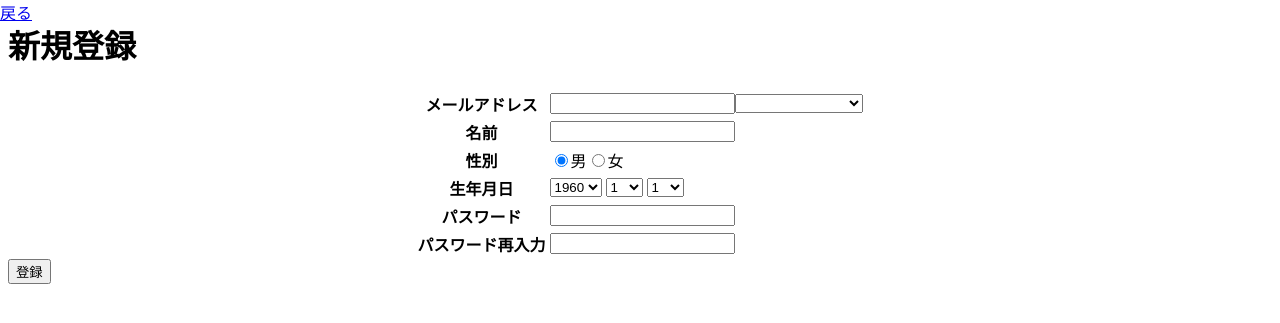
Repository: kawaguchi-mizuki/ntmc
Page: http://localhost/movie/adduser
These files come from the project's save history. The page is drawn as it stood at one moment and after the next save; the edit follows.
The browser window is 1280 px wide. The pictures show the whole page.
The page is served by Tomcat 9. Other server files are loaded and not shown.

Above is the page before, as saved 2019-06-14 06:46:08.

### 開発/movie/movie/WebContent/WEB-INF/jsp/add_user.jsp
<%@ page language="java" contentType="text/html; charset=UTF-8"
	pageEncoding="UTF-8"%>
<!DOCTYPE html>
<html>
<head>
<meta charset="UTF-8">
<link href="css/userResist.css" rel="stylesheet" type="text/css">
<title>会員登録</title>
</head>
<body>
	<h1>新規登録</h1>
	<a href="login" class="btn-square-slant"
		style="position: absolute; left: 0px; top: 0px">戻る</a>
	<form action="user" method="POST">
		<table align="center">
			<tr>
				<th>メールアドレス</th>
				<td><input type="text" name="mail"><select name="addr" id= "addr"></select></td>
			</tr>
			<tr>
				<th>名前</th>
				<td><input type="text" name="name"></td>
			</tr>
			<tr>
				<th>性別</th>
				<td><input type="radio" name="sex" value="男" checked="checked">男<input type="radio"
					name="sex" value="女">女</td>
			</tr>
			<tr>
				<th>生年月日</th>
				<td><select name="year" id="year"> //1960 2019
				</select> <select name="month" id="month">
				</select> <select name="day" id="day">
				</select></td>
			</tr>
			<tr>
				<th>パスワード</th>
				<td><input type="password" name="password"></td>
			</tr>
			<tr>
				<th>パスワード再入力</th>
				<td><input type="password" name="r-password"></td>
			</tr>
		</table>
		<%
			String errflg = request.getParameter("errflg");
		%>
		<%
			if (errflg != null && errflg.equals("1")) {
		%>
		<p>空白があります！</p>
		<%
			} else if (errflg != null && errflg.equals("2")) {
		%>
		<p>パスワードは同じ文字をいれてください！</p>
		<%
			}
		%>
		<input type="submit" value="登録">

	</form>
</body>

<script>
	//optionタグ量産
	const year = document.getElementById('year')
	const month = document.getElementById('month')
	const day = document.getElementById('day')
	for (let i = 1960; i <= 2019; i++) {
		const optionTag = document.createElement("option")
		year.appendChild(optionTag)
		dispatchOption(optionTag, i)
	}
	for (let i = 1; i <= 12; i++) {
		const optionTag = document.createElement("option")
		month.appendChild(optionTag)
		dispatchOption(optionTag, i)
	}
	for (let i = 1; i < 31; i++) {
		const optionTag = document.createElement("option")
		day.appendChild(optionTag)
		dispatchOption(optionTag, i)
	}
	//optionタグにvalueと表示文字を付与
	function dispatchOption(option, value) {
		option.textContent = value
		option.value = value
	}

const addr=document.getElementById('addr')

	var mail = ["","@st.asojuku.ac.jp","@gmail.com","@ezweb.ne.jp","@docomo.ne.jp","softbank.jp"];

	for(let i=0;i<mail.length;i++){
		const optionTag=document.createElement("option")
		addr.appendChild(optionTag)
		dispatchOption(optionTag,mail[i])
	}




</script>


</body>
</html>

### 開発/movie/movie/src/movie/controller/AddUserStart.java
package movie.controller;

import java.io.IOException;

import javax.servlet.RequestDispatcher;
import javax.servlet.ServletException;
import javax.servlet.annotation.WebServlet;
import javax.servlet.http.HttpServlet;
import javax.servlet.http.HttpServletRequest;
import javax.servlet.http.HttpServletResponse;
@WebServlet("/adduser")
public class AddUserStart extends HttpServlet {

	@Override
	protected void doGet(HttpServletRequest request, HttpServletResponse respons) throws ServletException, IOException {
		// TODO 自動生成されたメソッド・スタブ
		RequestDispatcher dispatcher = request.getRequestDispatcher("WEB-INF/jsp/add_user.jsp");
		dispatcher.forward(request, respons);

	}


}

### 開発/movie/movie/WebContent/css/userResist.css
body{
	background-color:red;
}

h1{
	text-align: center;
}
td{
	margin-bottom:10px;
}
table{
	font-size:25px;
}

/*ログインボタン*/
.btn-square {
  display: inline-block;
  padding: 0.5em 1em;
  text-decoration: none;
  background: #668ad8;/*ボタン色*/
  color: #FFF;
  border-bottom: solid 4px #627295;
  border-radius: 3px;
}
.btn-square:active {
  /*ボタンを押したとき*/
  -webkit-transform: translateY(4px);
  transform: translateY(4px);/*下に動く*/
  border-bottom: none;/*線を消す*/
}

/*新規登録ボタン*/
.btn-square-slant {
  display: inline-block;
  position: relative;
  padding: 0.5em 1.4em;
  text-decoration: none;
  background: #668ad8;/*ボタン色*/
  color: #FFF;
  border-bottom: solid 5px #36528c;/*ボタン色より暗めに*/
  border-right: solid 5px #5375bd;/*ボタン色より暗めに*/
}

.btn-square-slant:before {
  content: " ";
  position: absolute;
  bottom: -5px;
  left: -1px;
  width: 0;
  height: 0;
  border-width: 0 6px 6px 0px;
  border-style: solid;
  border-color: transparent;
  border-bottom-color: #FFF;
}
.btn-square-slant:after {
  content: " ";
  position: absolute;
  top: -1px;
  right: -5px;
  width: 0;
  height: 0;
  border-width: 0px 6px 6px 0px;
  border-style: solid;
  border-color: #FFF;
  border-bottom-color: transparent;
}

.btn-square-slant:active {
  /*ボタンを押したとき*/
  border:none;
  -webkit-transform: translate(6px,6px);
  transform: translate(6px,6px);
}

.btn-square-slant:active:after, .btn-square-slant:active:before {
  content: none;/*ボタンを押すと線が消える*/
}

After the next save:
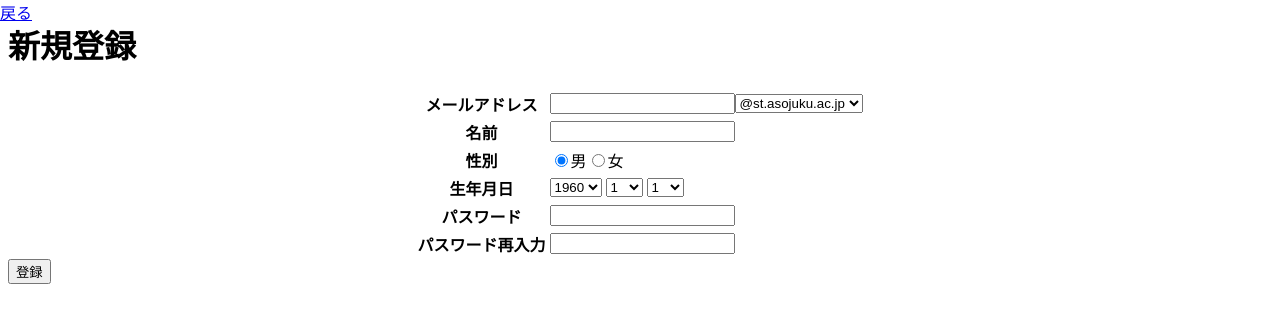
Saved 45 s later.
--- a/開発/movie/movie/WebContent/WEB-INF/jsp/add_user.jsp
+++ b/開発/movie/movie/WebContent/WEB-INF/jsp/add_user.jsp
@@ -89,7 +89,7 @@
 
 const addr=document.getElementById('addr')
 
-	var mail = ["","@st.asojuku.ac.jp","@gmail.com","@ezweb.ne.jp","@docomo.ne.jp","softbank.jp"];
+	var mail = ["@st.asojuku.ac.jp","@gmail.com","@ezweb.ne.jp","@docomo.ne.jp","@softbank.jp",""];
 
 	for(let i=0;i<mail.length;i++){
 		const optionTag=document.createElement("option")
